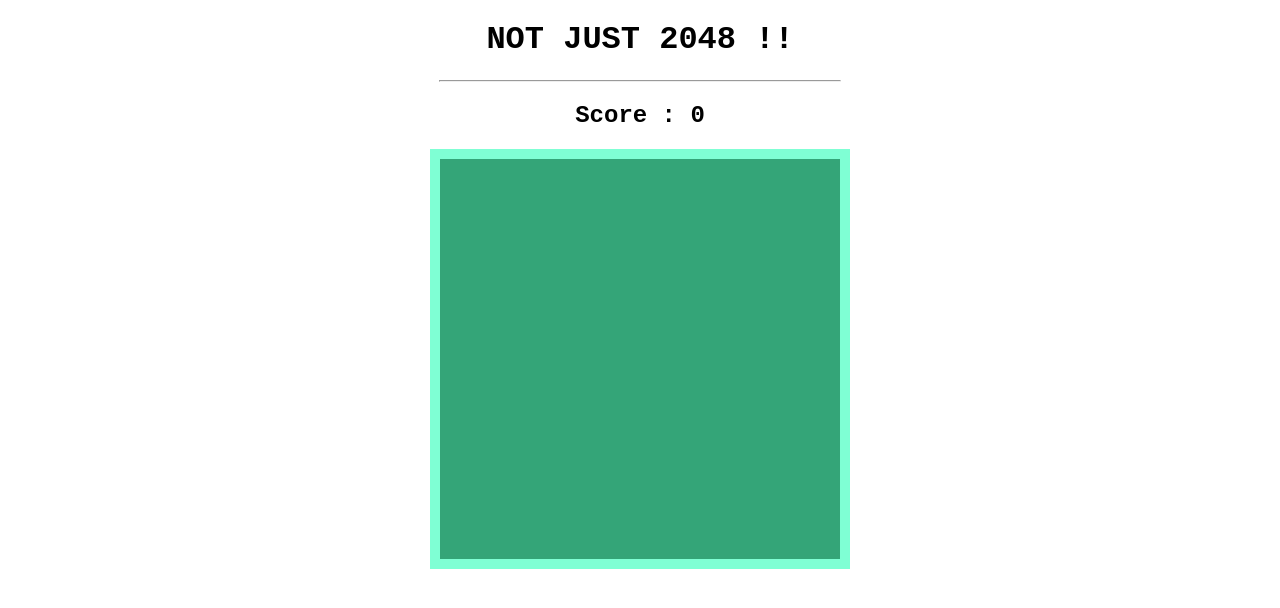
Repository: Prathamyadav1123/2048Game
Page: NotJust2048-main/2048.html
An editor plug-in stored every save of this project. The page is shown before and after the next save, followed by the edit.
The browser window is 1280 px wide. The pictures show the whole page.

Above is the page before, as saved 2023-05-31 19:47:26.

### NotJust2048-main/2048.html
<!DOCTYPE html>
<html>
    <head>
        <title>
            2048 game
        </title>
        <link rel= "stylesheet" href="2048.css"/>
        <script src= "2048.js"></script>
    </head>
    <body>
        <h1> NOT JUST 2048 !! </h1>
        <hr>
        <h2> Score : <span id="score"> 0 </span></h2>
        <div id="board">
            <div class=""
        </div>
    </body>
</html>

### NotJust2048-main/2048.css
body{
    font-family: 'Courier New', Courier, monospace;
    text-align: center;
}
hr{
    width: 400px;
}
#board{
    width: 400px;
    height: 400px;
    color: burlywood;
    background-color: rgb(52, 165, 120);
    border: 10px solid aquamarine;
    margin: 0 auto;
    display: flex;
    flex-wrap: wrap;
}
.tile{
    width:90px;
    height:90px;
    border:5px solid aquamarine;


}

Loaded but not shown: NotJust2048-main/2048.js (no copy from this time; the picture is the same without it)

After the next save:
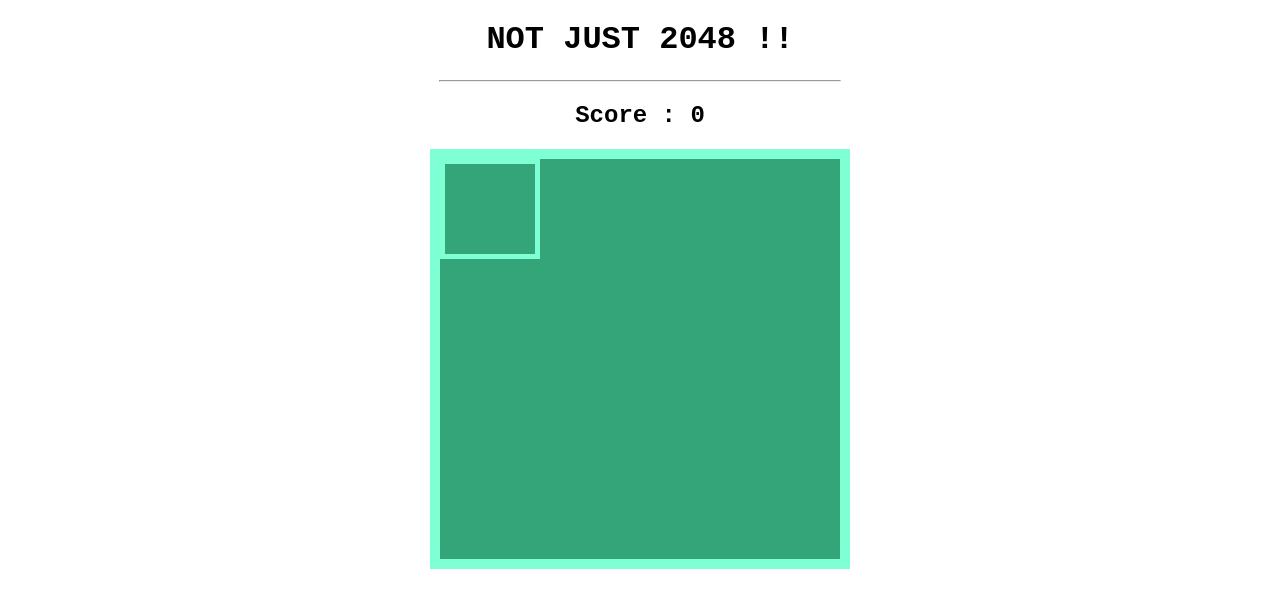
Saved 5 s later.
--- a/NotJust2048-main/2048.html
+++ b/NotJust2048-main/2048.html
@@ -12,7 +12,7 @@
         <hr>
         <h2> Score : <span id="score"> 0 </span></h2>
         <div id="board">
-            <div class=""
+            <div class="tile"
         </div>
     </body>
 </html>
